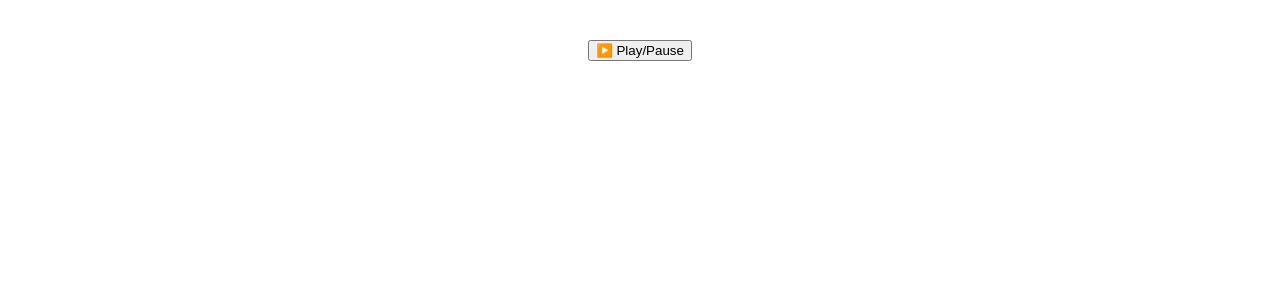
Repository: Aldentec/8-bit-Composer
Page: index.html
These files come from the project's save history. The page is drawn as it stood at one moment and after the next save; the edit follows.
The browser window is 1280 px wide. The pictures show the whole page.
Some web libraries are served in a nearby version.

Above is the page before, as saved 2025-05-27 17:24:55.
Console error (its wording comes from the project's code and is left out).

### index.html
<!DOCTYPE html>
<html lang="en">
<head>
  <meta charset="UTF-8">
  <title>Simple 8-Bit Grid</title>
  <link rel="stylesheet" href="style.css">
</head>
<body>
  <button id="play">▶️ Play/Pause</button>
  <div id="grid"></div>

  <!-- load Tone.js -->
  <script src="node_modules/tone/build/Tone.js"></script>
  <script src="main.js"></script>
</body>
</html>

### style.css
* { box-sizing: border-box; }
body {
  font-family: sans-serif;
  display: flex;
  flex-direction: column;
  align-items: center;
  padding: 2rem;
}
#grid {
  display: grid;
  grid-template-columns: repeat(16, 2rem);
  grid-auto-rows: 2rem;
  gap: 2px;
  margin-top: 1rem;
}
.cell {
  width: 2rem; height: 2rem;
  background: #222;
  cursor: pointer;
}
.cell.active { background: #4caf50; }
input[type=range] { width: 8rem; }
label { margin-right: 1rem; }

### main.js
// 1) Create a test oscillator
const testOsc = new Tone.Oscillator('square', 440).toDestination();
// 2) Wire Play button
document.getElementById('play').addEventListener('click', async () => {
  await Tone.start();                // unlock audio
  if (Tone.Transport.state === 'started') {
    Tone.Transport.stop();
  } else {
    testOsc.start();
    setTimeout(() => testOsc.stop(), 1000);
  }
});

After the next save:
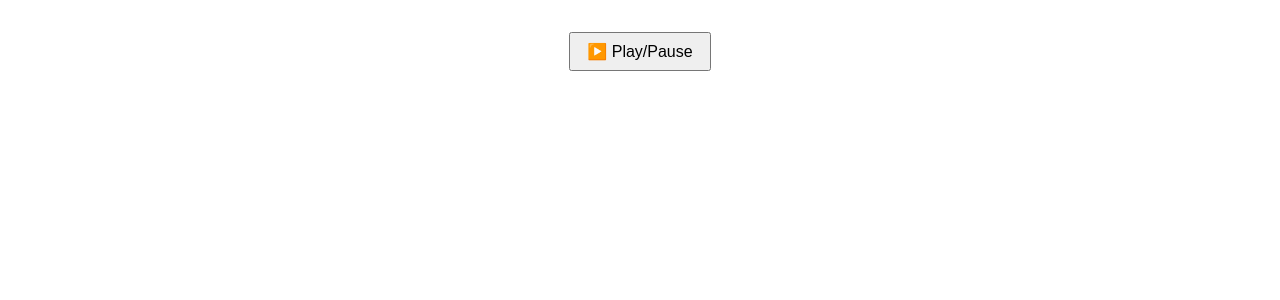
Saved 9 s later.
--- a/style.css
+++ b/style.css
@@ -1,23 +1,24 @@
-* { box-sizing: border-box; }
 body {
   font-family: sans-serif;
-  display: flex;
-  flex-direction: column;
-  align-items: center;
-  padding: 2rem;
+  text-align: center;
+  margin: 2rem;
 }
 #grid {
   display: grid;
   grid-template-columns: repeat(16, 2rem);
-  grid-auto-rows: 2rem;
   gap: 2px;
   margin-top: 1rem;
+  justify-content: center;
 }
 .cell {
   width: 2rem; height: 2rem;
   background: #222;
   cursor: pointer;
 }
-.cell.active { background: #4caf50; }
-input[type=range] { width: 8rem; }
-label { margin-right: 1rem; }
+.cell.active {
+  background: #4caf50;
+}
+button {
+  padding: 0.5rem 1rem;
+  font-size: 1rem;
+}
